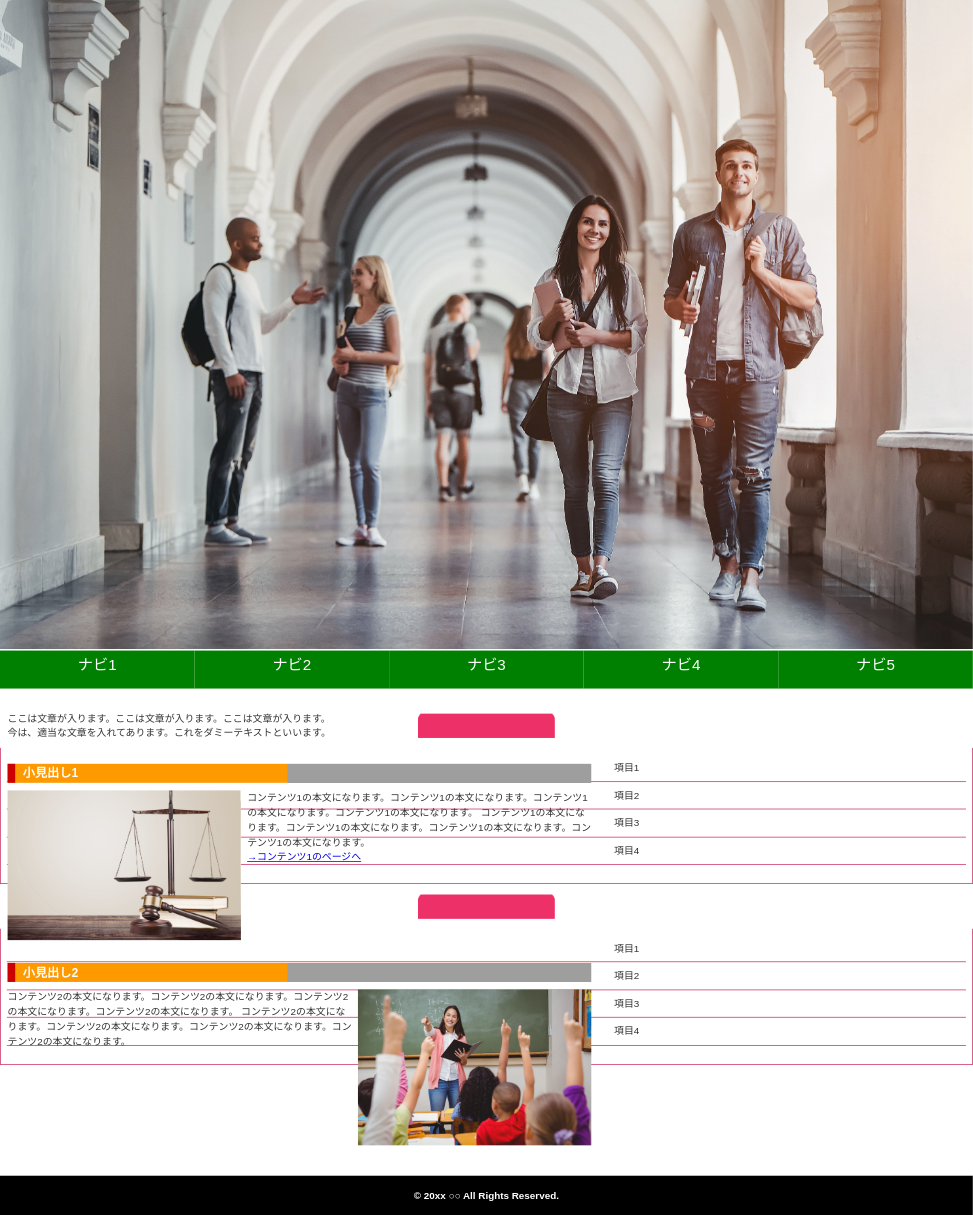
Repository: katayamataiki/samurai_HTML-CSS
Page: A.html
The author's editor kept a record of every edit. The page is drawn from the files as they stood at one moment, then again after the next edit.
The browser window is 1280 px wide. The pictures show the whole page, at 76% of full size.
Pictures or frames that could not be fetched are drawn as grey boxes.

Above is the page before.

### A.html
<!DOCTYPE html>
<html lang="ja">
    <head>
        <meta charset="UTF-8">
        <title>HTML/CSSの学習</title>
        <link rel="stylesheet" href="stylesheet.css">
    </head>
    <body>
        <div id="header">
            <h1><a href="index.html"><img id="corridor" src="images/HEADER.jpg" alt="大学の廊下" /></a></h1>
        </div>
        <div id="wrapper">
            <div id="nav">
                <ul>
                    <li><a href="index.html">ナビ1</a></li>
                    <li><a href="#">ナビ2</a></li>
                    <li><a href="#">ナビ3</a></li>
                    <li><a href="#">ナビ4</a></li>
                    <li><a href="#">ナビ5</a></li>
                </ul>
            </div>
            <div id="container">
                <div id="main">
                    <div class="post">
                        <p>ここは文章が入ります。ここは文章が入ります。ここは文章が入ります。<br />今は、適当な文章を入れてあります。これをダミーテキストといいます。</p>
                    </div>
                    <div class="post clearfix">
                        <h2>小見出し1</h2>
                        <img class="left" src="images/H.jpg" alt="授業風景" />
                        <p>
                            コンテンツ1の本文になります。コンテンツ1の本文になります。コンテンツ1の本文になります。コンテンツ1の本文になります。
                            コンテンツ1の本文になります。コンテンツ1の本文になります。コンテンツ1の本文になります。コンテンツ1の本文になります。
                        </p>
                        <p><a href="#">→コンテンツ1のページへ</a></p>
                    </div>
                    <div class="post clearfix">
                        <h2>小見出し2</h2>
                        <img class="right" src="images/IMAGE.jpg" alt="天秤" />
                        <p>
                            コンテンツ2の本文になります。コンテンツ2の本文になります。コンテンツ2の本文になります。コンテンツ2の本文になります。
                            コンテンツ2の本文になります。コンテンツ2の本文になります。コンテンツ2の本文になります。コンテンツ2の本文になります。
                        </p>
                    </div>
                </div>
            </div>
            <div id="side">
                <div class="box">
                    <h2>サイドメニュー1</h2>
                    <div class="boxBody">
                        <ul>
                            <li>項目1</li>
                            <li>項目2</li>
                            <li>項目3</li>
                            <li>項目4</li>
                        </ul>
                    </div>
                </div>
                <div class="box">
                    <h2>サイドメニュー2</h2>
                    <div class="boxBody">
                        <ul>
                            <li>項目1</li>
                            <li>項目2</li>
                            <li>項目3</li>
                            <li>項目4</li>
                        </ul>
                    </div>
                </div>
            </div>
        </div>
        <div id="footer">
            <p>&copy; 20xx ○○ All Rights Reserved.</p>
        </div>
    </body>
</html>

### stylesheet.css
@charset "utf-8";

body {
	margin: 0;
	padding: 0;
	font-family: "ヒラギノ角ゴ Pro W3", "Hiragino Kaku Gothic Pro", "メイリオ", Meiryo, Osaka, "ＭＳ Ｐゴシック", "MS PGothic", sans-serif;
	color: #333;
	font-size: 13px;
	line-height: 150%;
}

/* -------------------- wrapper -------------------- */
#wrapper {
	width: 100%;
	margin: auto;
	padding: 0px;
	border: 0px;
	background-color: #FFF;
}
#header{
	width: 100%;
}
#header h1{
	margin: 0;
	padding: 0;
}
#corridor{
	width: 100%;
	height: auto;
}
#footer{
	clear: both;
	width: 100%;
	padding: 3px 0 3px 0;
	background-color: black;
	color: #FFF;
	font-weight:bold;
	text-align: center;
}
 #nav {
	 width: 100%;
 }
 #nav ul {
	 margin: 0;
	 padding: 0;
	 list-style-type: none;
}
#nav ul li {
		 float: left;
	 width: 20%;
	 text-align: center;
 }
 #nav ul li a {
	 display: block;
	 height: 30px;
	 margin: 0;
	 padding: 10px;

	 color: #FFF;
	 font-size: 20px;
	 text-decoration: none;
	 background-color: green;
 }
 /* -------------------- container -------------------- */
 #container {
	 width: 100%;
	 margin: auto ;
	 padding: auto;
	 padding-top: 20px;
	 clear: both;
 }
/* -------------------- main -------------------- */
 #main {
	 float: left;
	 width: 60%;
	 padding: 10px 30px 10px 10px;
 }
 #main h2 {
	 margin: 0 0 10px 0;
	 padding: 3px 10px 3px 10px;
	 color: #FFF;
	 font-size: 16px;
	 border-left: solid 10px #C00;
	 background: #F90 url(../images/main_h2.jpg) right top repeat-y;
 }
 #main p {
	 margin: 0;
	 padding: 0;
 }
 #main .post {
	 margin: 0 0 30px 0;
 }

 #main .post img.right {
	 margin: 0 0 0 8px;
 }
 #main .post img.left {
 	margin: 0 8px 0 0;
}

 .right {
	 float: right;
	 width: 40%;
	 height: auto;
 }
 .left {
	 float: left;
	 width: 40%;
	 height: auto;
 }

 /* -------------------- clearfix -------------------- */
 .clearfix {
	 zoom: 1;
 }
.clearfix:after{
	 content: "";
	 display: block;
	 clear: both;
 }
 #side {
+ 	 float: right;
+ 	 width: 30%;
+ 	 padding: 20px;
+ 	 background-color: #F99;
+ }
+ #side .box {
+ 	 margin: 0 auto 30px auto;
+ 	 padding: 0 0 20px 0;
+ 	 background: url(images/side_box.png) bottom no-repeat;
 }
 #side .box h2 {
+ 	 margin: 0;
 	 padding: 8px;
 	 text-align: center;
 	 color: #fff;
 	 font-size: 16px;
 	 line-height: 16px;
 	 font-weight: normal;
 	 background: url(images/side_box_h2.png) center no-repeat;
 }
 #side .box .boxBody {
 	 padding: 8px;
 	 border-right: solid 1px #C36;
 	 border-bottom: solid 1px #C36;
 	 border-left: solid 1px #C36;
 	 background: #fff;
 }
 #side .box .boxBody ul {
 	 margin: 0 0 16px 0;
 	 padding: 0;
}
 #side .box .boxBody ul li {
 	 padding: 8px 0 8px 4px;
 	 list-style: none;
	 border-bottom: solid 1px #C36;
 }

After the next edit:
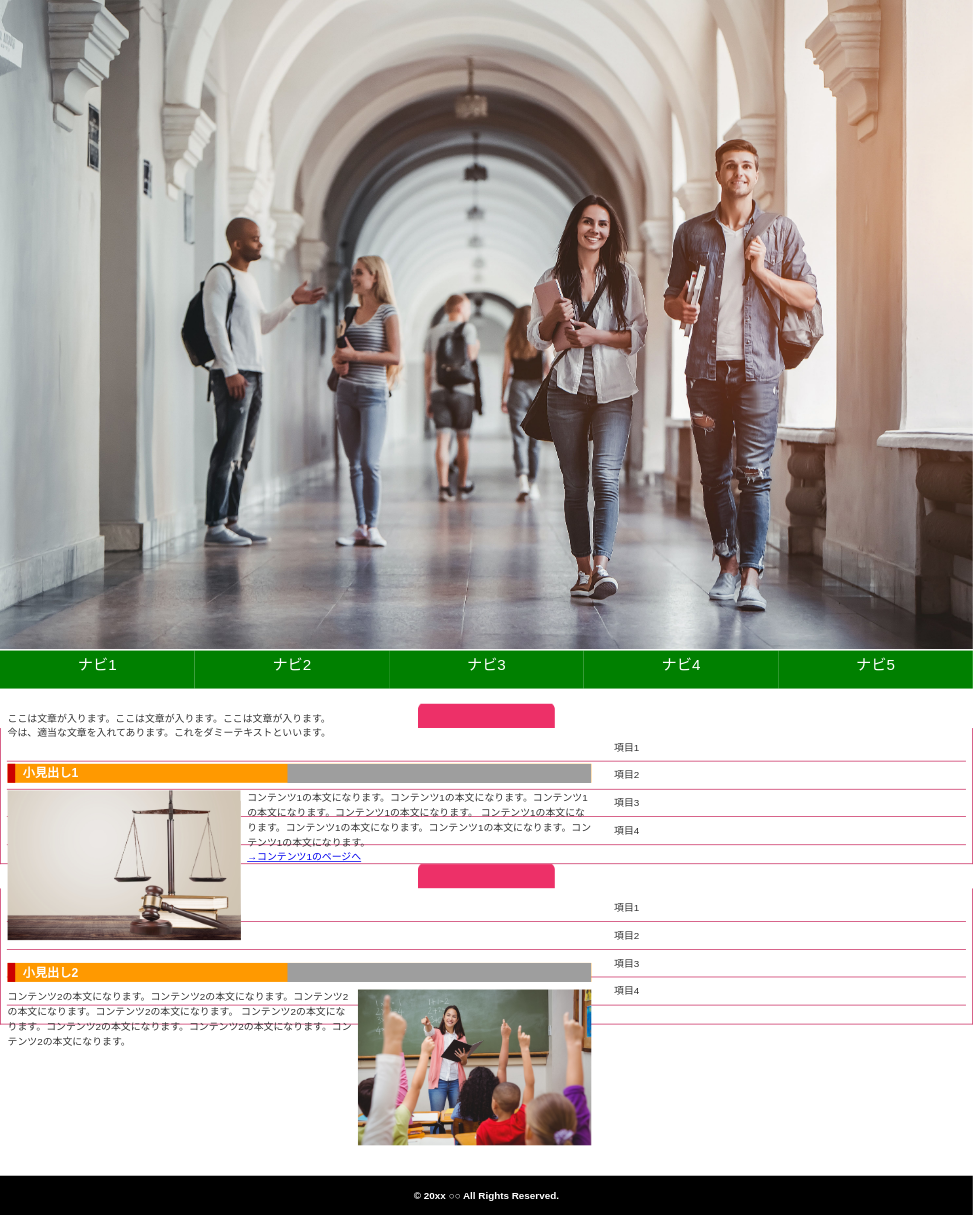
The edit:
--- a/stylesheet.css
+++ b/stylesheet.css
@@ -130,7 +130,7 @@
 + 	 background: url(images/side_box.png) bottom no-repeat;
  }
  #side .box h2 {
-+ 	 margin: 0;
+ 	 margin: 0;
  	 padding: 8px;
  	 text-align: center;
  	 color: #fff;
